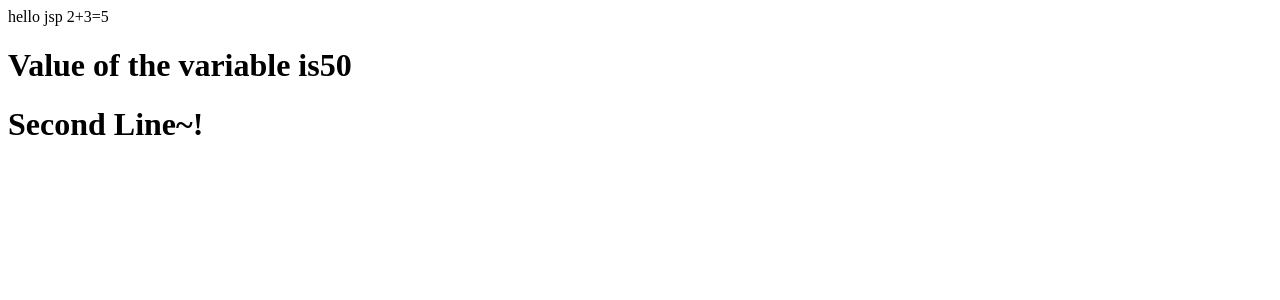
Repository: Hyosang56/Servlet
Page: http://localhost/JSPFirst240819/JSPEx/scriptTagEx.jsp
The author's editor kept a copy of each file at every save. The page is drawn from the files as they stood at one save, then again after the next save.
The browser window is 1280 px wide. The pictures show the whole page.
The page is served by Tomcat 10.

Above is the page before, as saved 2024-08-19 02:54:20.

After the next save:
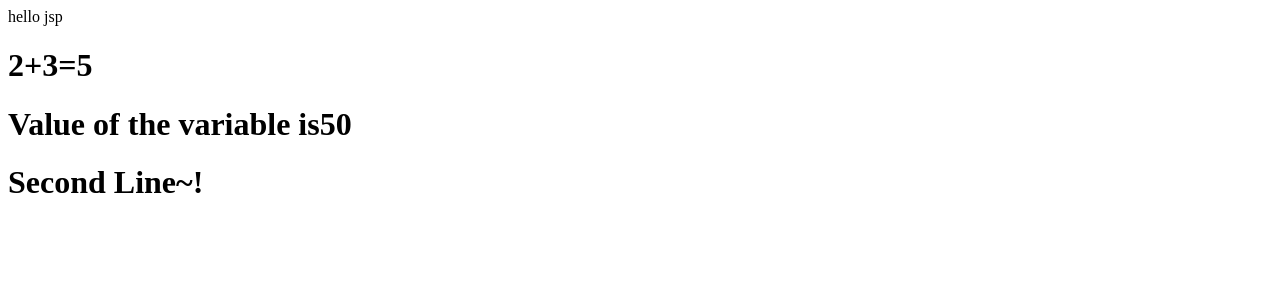
Saved 59 s later.
--- a/JSPFirst240819/src/main/webapp/JSPEx/scriptTagEx.jsp
+++ b/JSPFirst240819/src/main/webapp/JSPEx/scriptTagEx.jsp
@@ -18,7 +18,7 @@
 	%>
 	<%=makeITLower("Hello JSP") %>
 	<%
-		out.println("2+3="+sum(2,3));
+		out.println("<h1>"+"2+3="+sum(2,3)+"<h1>");
 		out.println("<h1>"+ "Value of the variable is" + data + "<h1>");
 		out.println("Second Line~!");
 	%>
